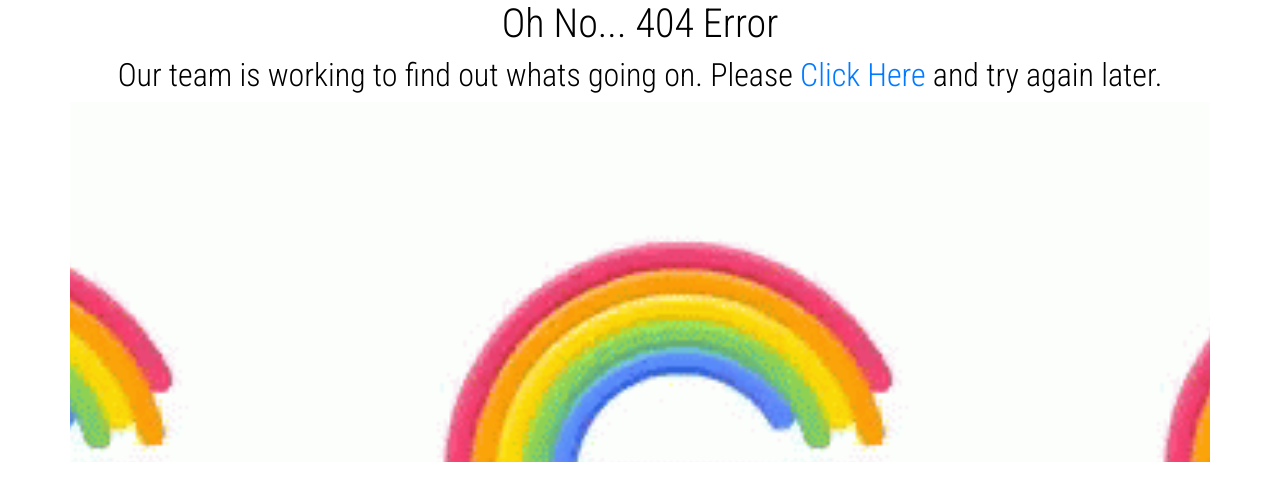
Repository: Code-Institute-Submissions/https-github.com-callendera-Milestone-Project-2
Page: 404.html
The author's editor kept a record of every edit. The page is drawn from the files as they stood at one moment, then again after the next edit.
The browser window is 1280 px wide. The pictures show the whole page.
Some web libraries are served in a nearby version.

Above is the page before.
Console error: TypeError: Cannot read properties of undefined (reading 'fn')

After the next edit:
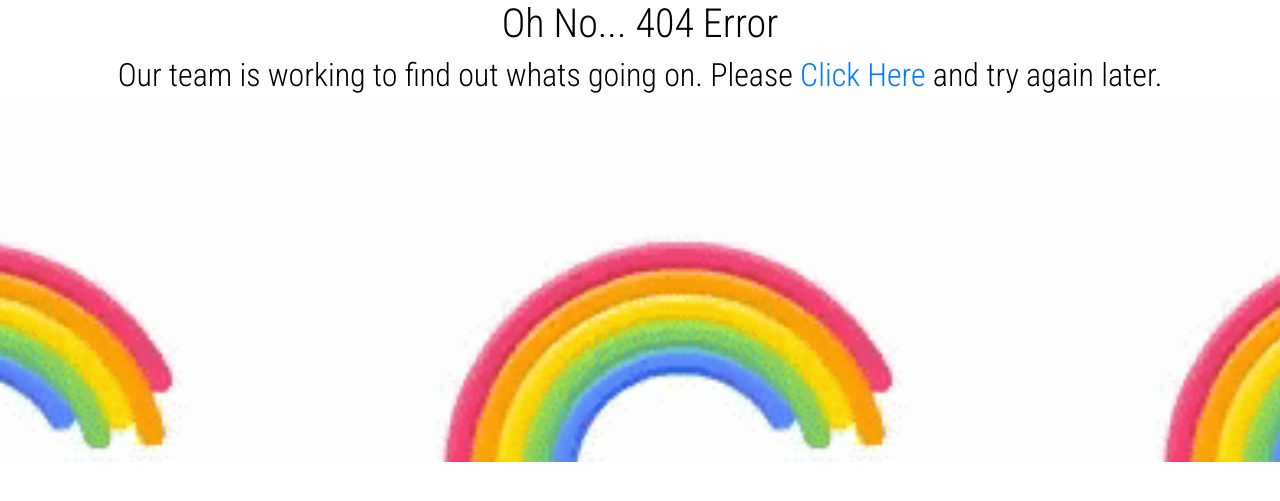
The edit:
--- a/404.html
+++ b/404.html
@@ -25,9 +25,8 @@
 
 <body class="text-center">
 
-    <div class="container">
-        <div class="row">
-            <h1 class="col-12">Oh No... 404 Error</h1>
+
+            <h1>Oh No... 404 Error</h1>
 
             <h2 class="col-12">Our team is working to find out whats going on. Please <a href="index.html">Click Here</a> and try again later.</h3>
             <div class="error-body col-12">
